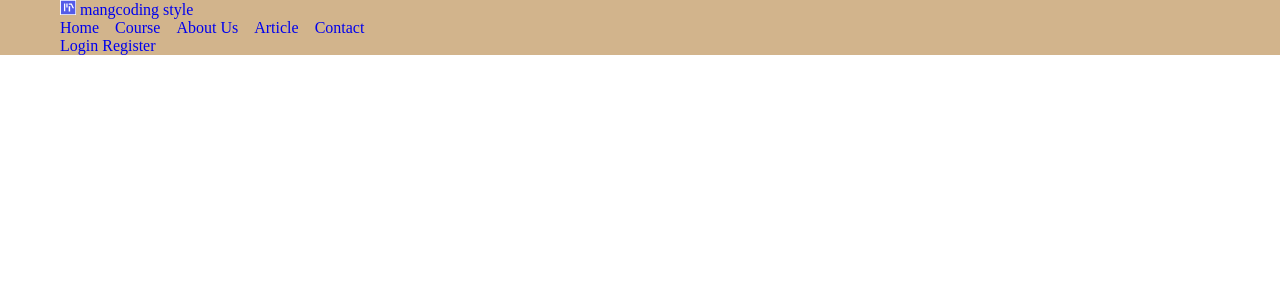
Repository: Dania-Alqam/landing-page
Page: index.html
An editor plug-in stored every save of this project. The page is shown before and after a run of saves, followed by the edit.
The browser window is 1280 px wide. The pictures show the whole page.

Above is the page before, as saved 2024-06-21 19:23:10.

### index.html
<!DOCTYPE html>
<html lang="en">
  <head>
    <meta charset="UTF-8" />
    <meta name="viewport" content="width=device-width, initial-scale=1.0" />
    <title>Document</title>
    <link rel="stylesheet" href="./assests/css/main.css" />
    <link />
  </head>
  <body>
    <header class="header">
      <div class="container">
        <div class="row">
          <div class="logo">
            <img src="./assests/images/Logo.svg" alt="logo" />
            <a href="#">mangcoding style</a>
          </div>
          <nav class="nav">
            <ul>
              <li>
                <a href="#">Home</a>
              </li>
              <li>
                <a href="#">Course</a>
              </li>
              <li>
                <a href="#">About Us</a>
              </li>
              <li>
                <a href="#">Article</a>
              </li>
              <li>
                <a href="#">Contact</a>
              </li>
            </ul>
          </nav>
          <div class="auth">
            <a href="#">Login</a>
            <a href="#">Register</a>
          </div>
        </div>
      </div>
    </header>
  </body>
</html>

### assests/css/main.css
/* start public style*/
*{
    margin: 0;
    padding: 0;
    box-sizing: border-box;
}
a{
    text-decoration: none;
}
ul{
    list-style: none;
}
.container{
    /* width from fugma is 60px from each side*/
    width: calc(100% - 120px);
    margin: auto;
}

.header{
    /* it will not work becuase we added contianer so we add row*/
    /* display: flex; */
    background-color: tan
}


.nav ul{
    display: flex;
    gap: 16px;
}

After the next 2 saves:
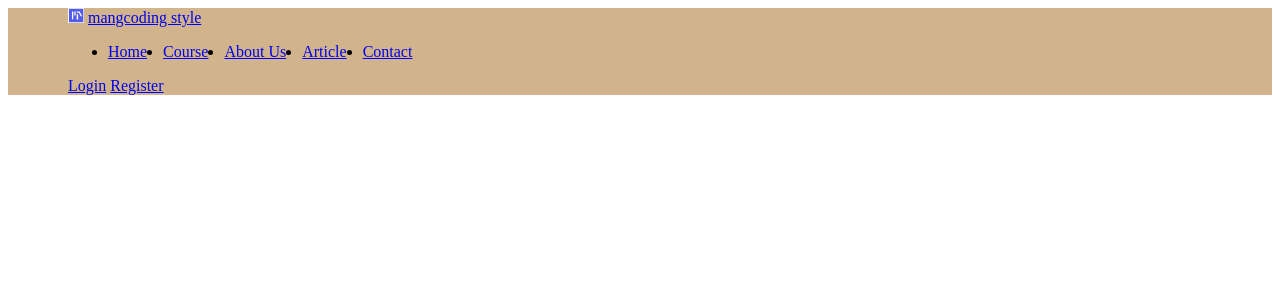
The 2 saves are shown as one change because they came seconds apart.
The last was saved 9 s later.
--- a/assests/css/main.css
+++ b/assests/css/main.css
@@ -1,15 +1,5 @@
 /* start public style*/
-*{
-    margin: 0;
-    padding: 0;
-    box-sizing: border-box;
-}
-a{
-    text-decoration: none;
-}
-ul{
-    list-style: none;
-}
+
 .container{
     /* width from fugma is 60px from each side*/
     width: calc(100% - 120px);
